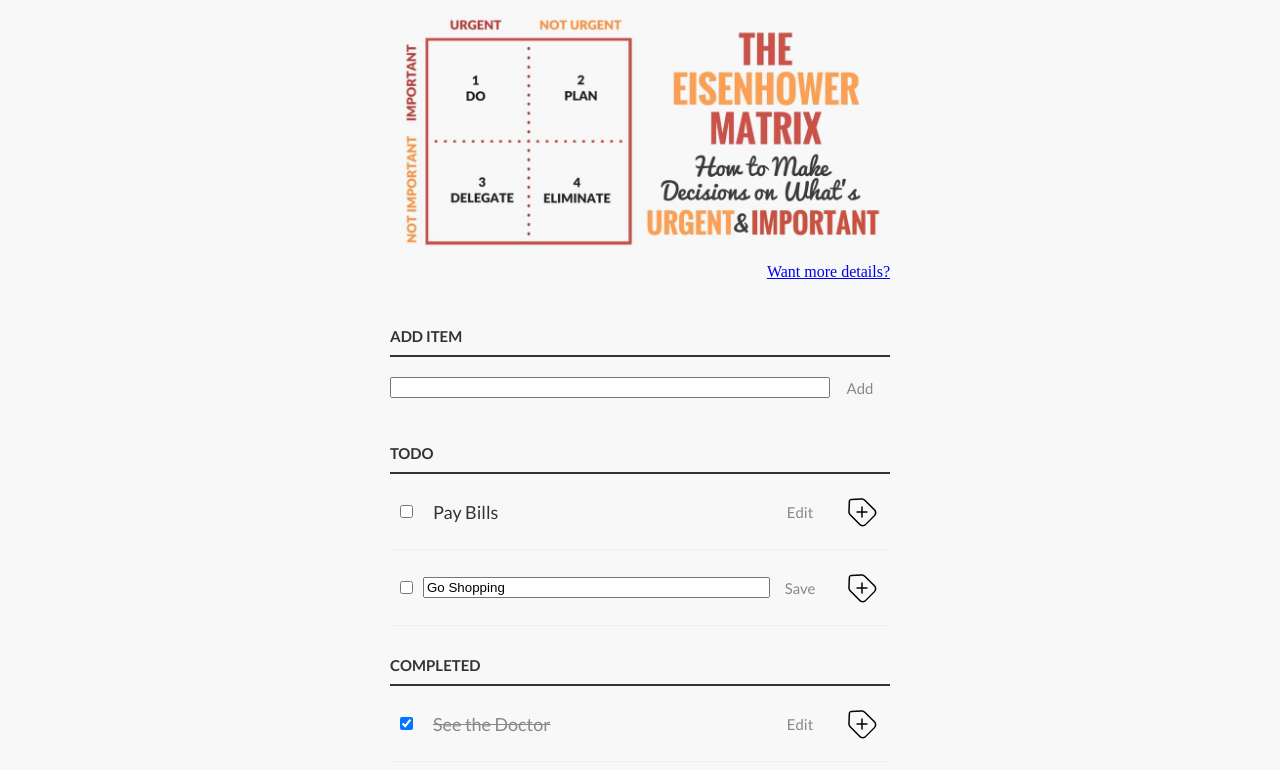
Repository: AlekseyRD88/clean-code-s1e1
Page: index.html
An editor plug-in stored every save of this project. The page is shown before and after the next save, followed by the edit.
The browser window is 1280 px wide. The pictures show the whole page.

Above is the page before, as saved 2024-12-15 19:02:14.

After the next save:
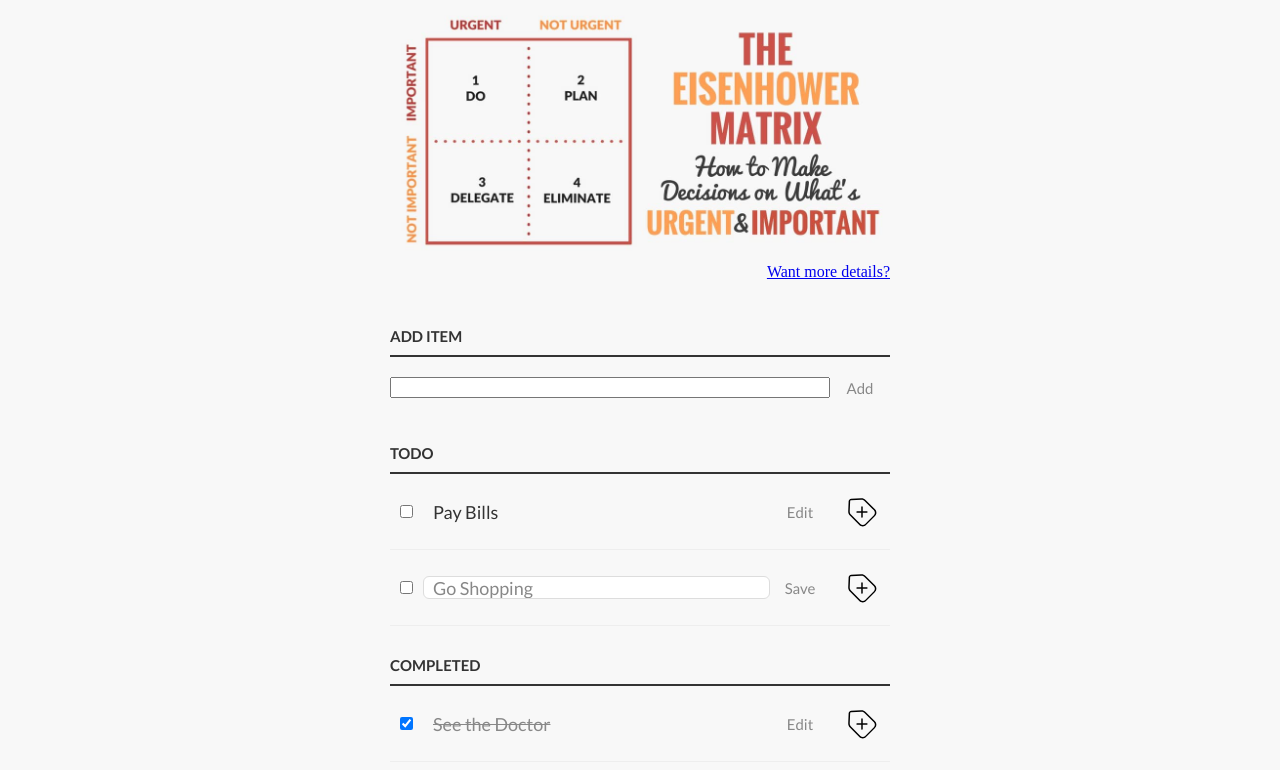
Saved 63 s later.
--- a/index.html
+++ b/index.html
@@ -22,7 +22,7 @@
         <li>
           <input type="checkbox">
           <label class="task">Pay Bills</label>
-          <input type="text" class="task">
+          <input type="text" class="task text-input">
           <button class="edit">Edit</button>
           <button class="delete">
             <img src="./remove.svg" alt="icon-remove">
@@ -31,7 +31,7 @@
         <li class="edit-mode">
           <input type="checkbox">
           <label class="task">Go Shopping</label>
-          <input type="text" value="Go Shopping" class="task">
+          <input type="text" value="Go Shopping" class="task text-input">
           <button class="edit">Save</button>
           <button class="delete">
             <img src="./remove.svg" alt="icon-remove">
@@ -43,7 +43,7 @@
         <li>
           <input type="checkbox" checked>
           <label class="task">See the Doctor</label>
-          <input type="text" class="task">
+          <input type="text" class="task text-input">
           <button class="edit">Edit</button>
           <button class="delete">
             <img src="./remove.svg" alt="icon-remove">
